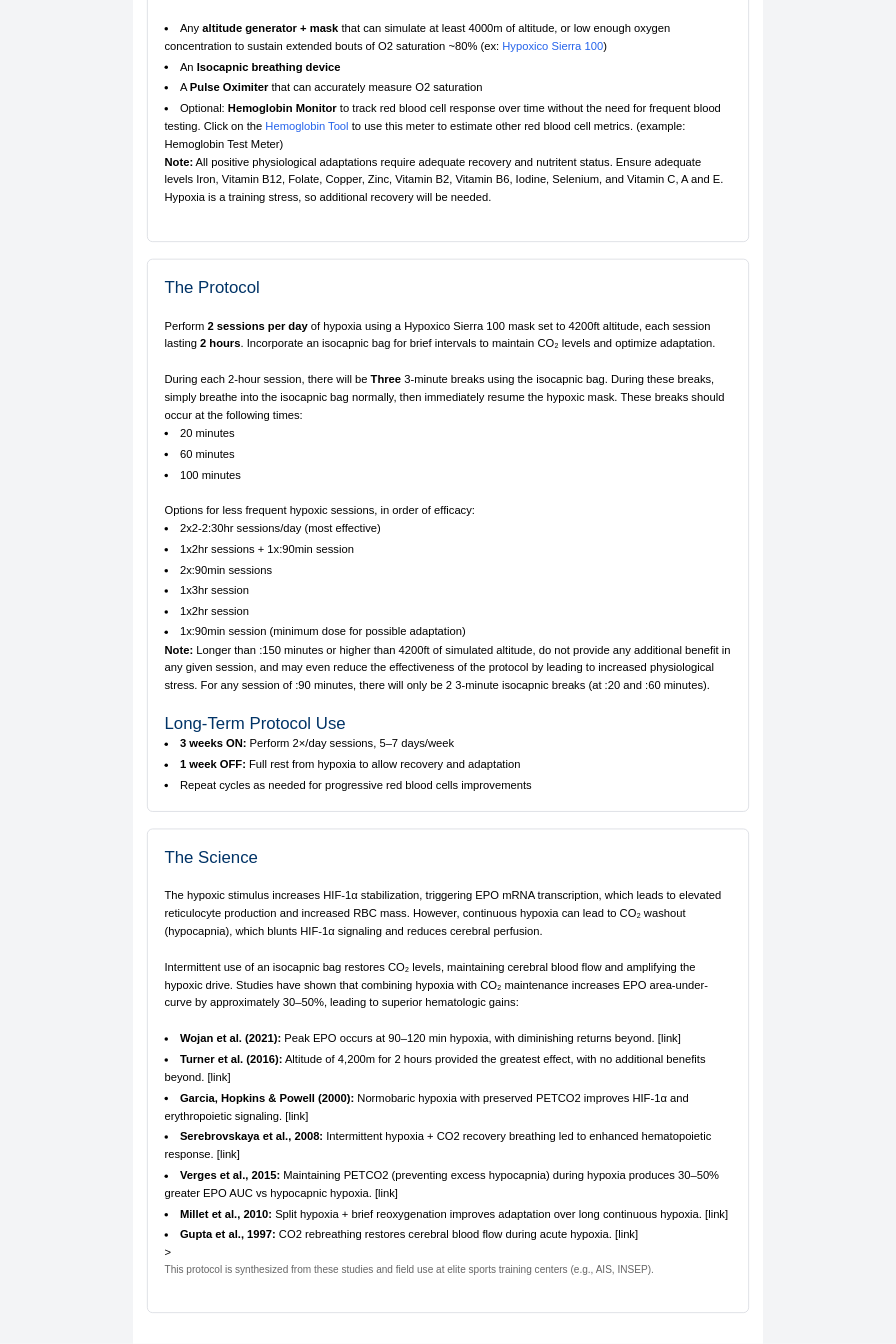
Repository: austenhughes1/hemoglobin_rbc_metrics
Page: hypoxia_protocol.html
An editor plug-in stored every save of this project. The page is shown before and after the next save, followed by the edit.
The browser window is 1280 px wide. The pictures show the part of the page from y = 924 to 2844 px (the page is 2844 px tall), at 70% of full size.
Some web libraries are served in a nearby version.

Above is the page before, as saved 2025-06-26 15:53:26.

### hypoxia_protocol.html
<!DOCTYPE html>
<html lang="en">
<head>
  <meta charset="UTF-8" />
  <meta name="viewport" content="width=device-width, initial-scale=1.0"/>
  <title>Hemocalc PRO Hypoxia + Isocapnic Bag Protocol</title>
  <script src="https://cdn.tailwindcss.com"></script>
  <style>
    /* Typography & layout for the content area */
    .content {
      font-family: Arial, sans-serif;
      line-height: 1.6;
      padding: 20px;
      max-width: 900px;
      margin: auto;
      background: white;
    }
    h1, h2, h3 { color: #003366; }
    h1 { border-bottom: 2px solid #003366; padding-bottom: 5px; }
    .citation { font-size: 0.9em; color: #666; }
  </style>
</head>
<body class="bg-gray-100 min-h-screen">

  <!-- Full‐width sticky header -->
  <header class="sticky top-0 z-20 bg-gray-100 shadow-sm w-full">
    <nav class="flex justify-start space-x-2 px-4 py-3">
      <a
        href="index.html"
        class="px-4 py-2 border border-b-0 rounded-t bg-gray-100 text-gray-900 font-medium whitespace-nowrap"
      >
        Hemoglobin Tool
      </a>
      <a
        href="hypoxia_protocol.html"
        class="px-4 py-2 border border-b-0 rounded-t bg-white text-gray-600 hover:bg-gray-200 whitespace-nowrap"
      >
        Hypoxia Protocol
      </a>
    </nav>
  </header>

  <!-- Main content container -->
  <div class="content">
    <h1 class="text-4xl font-bold mb-4">Hypoxia Protocol for Increased Endurance and/or Altitude Adaptation</h1>

    <section class="border border-gray-300 rounded-lg p-6 mb-6 bg-white">
        <h2 class="text-2xl">Why Use This Protocol?</h2>
        <br>
        <p>
        This protocol is designed for endurance athletes, high-altitude athletes, or any individuals aiming to increase their red blood cell (RBC) mass, improve oxygen transport, and improve endurance athletic performance without the use of WADA banned substances.
        </p>
        <br>
        <p>
        Classically, altitude training blocks or altitude exposures such as altitude tents have been a staple for endurance athletes to improve performance. However, these methods have their drawbacks; training at altitude reduces the quality of higher intensity sessions, and altitude tents can reduce sleep quality and recovery. This protocol can ben done in 2-4 hours per day, and can be done while peforming any daily activity that doesn't require you to move to many different rooms or locations (e.g., working at a computer, reading or watching television, etc).
        </p>
        <br>
        <p>
        This protocol can be used anywhere, at any time, once you have the equipment. It is designed to be used in conjunction with your normal training schedule, allowing you to maintain high-quality training while still reaping the benefits of altitude exposure. Even when used while living and/or training at altitude, this protocol will provide benefits above and beyond what can be achieved through altitude exposure alone.
        </p>
        <br>
        <p>By combining controlled hypoxia sessions with intermittent isocapnic breathing, this approach:</p>
        <br>
        <ul class="list-disc list-inside space-y-1">
            <li>Stimulates <strong>erythropoietin (EPO)</strong> production and reticulocyte response</li>
            <li>Enhances <strong>red blood cell mass</strong> for improved endurance</li>
            <li>Enhances <strong>iron</strong> utilization ceruloplasmin production </li>
            <li>Maintains <strong>cerebral perfusion</strong> and reduces central fatigue during hypoxia</li>
        </ul>
    </section>

    <section class="border border-gray-300 rounded-lg p-6 mb-6 bg-white">
        <h2 class="text-2xl">Equipment Needed</h2>
        <br>
        <ul class="list-disc list-inside space-y-1">
            <li>Any <strong>altitude generator + mask</strong> that can simulate at least 4000m of altitude, or low enough oxygen concentration to sustain extended bouts of O2 saturation ~80% (ex: <a class="text-blue-600 hover:underline" href="https://hypoxico.com/products/sierra-100" target="_blank">Hypoxico Sierra 100</a>)</li>
            <li>An <strong>Isocapnic breathing device</strong></li>
            <li>A <strong>Pulse Oximiter</strong> that can accurately measure O2 saturation</li>
            <li>Optional: <strong>Hemoglobin Monitor</strong> to track red blood cell response over time without the need for frequent blood testing. Click on the <a class="text-blue-600 hover:underline" href="https://www.hemocalc.pro/index.html">Hemoglobin Tool</a> to use this meter to estimate other red blood cell metrics. (example: <a href="https://amzn.to/4lqfsCO">Hemoglobin Test Meter</a>)</li>
        </ul>
        <p>
        <strong>Note:</strong> All positive physiological adaptations require adequate recovery and nutritent status. Ensure adequate levels Iron, Vitamin B12, Folate, Copper, Zinc, Vitamin B2, Vitamin B6, Iodine, Selenium, and Vitamin C, A and E. Hypoxia is a training stress, so additional recovery will be needed.
        </p>
        <br>
    </section>

    <section class="border border-gray-300 rounded-lg p-6 mb-6 bg-white">
        <h2 class="text-2xl">The Protocol</h2>
        <br>
        <p>
        Perform <strong>2 sessions per day</strong> of hypoxia using a Hypoxico Sierra 100 mask set to 4200ft altitude, each session lasting <strong>2 hours</strong>. Incorporate an isocapnic bag for brief intervals to maintain CO₂ levels and optimize adaptation.
        </p>
        <br>

        <p>
        During each 2-hour session, there will be <strong>Three</strong> 3-minute breaks using the isocapnic bag. During these breaks, simply breathe into the isocapnic bag normally, then immediately resume the hypoxic mask. These breaks should occur at the following times:
        <ul class="list-disc list-inside space-y-1">
            <li>20 minutes</li>
            <li>60 minutes</li>
            <li>100 minutes</li>
        </ul>
        </p>
        <br>

        <p>
        Options for less frequent hypoxic sessions, in order of efficacy:
        <ul class="list-disc list-inside space-y-1">
            <li>2x2-2:30hr sessions/day (most effective)</li>
            <li>1x2hr sessions + 1x:90min session</li>
            <li>2x:90min sessions</li>
            <li>1x3hr session</li>
            <li>1x2hr session</li>
            <li>1x:90min session (minimum dose for possible adaptation)</li>
        </ul>
        <strong>Note:</strong> Longer than :150 minutes or higher than 4200ft of simulated altitude, do not provide any additional benefit in any given session, and may even reduce the effectiveness of the protocol by leading to increased physiological stress. For any session of :90 minutes, there will only be 2 3-minute isocapnic breaks (at :20 and :60 minutes).
        </p>
        <br>

        <h2 class="text-2xl">Long-Term Protocol Use</h2>
        <ul class="list-disc list-inside space-y-1">
        <li><strong>3 weeks ON:</strong> Perform 2×/day sessions, 5–7 days/week</li>
        <li><strong>1 week OFF:</strong> Full rest from hypoxia to allow recovery and adaptation</li>
        <li>Repeat cycles as needed for progressive red blood cells improvements</li>
        </ul>
    </section>


    <section class="border border-gray-300 rounded-lg p-6 mb-6 bg-white">
        <h2 class="text-2xl">The Science </h2>
        <br>
        <p>
        The hypoxic stimulus increases HIF-1α stabilization, triggering EPO mRNA transcription, which leads to elevated reticulocyte production and increased RBC mass. However, continuous hypoxia can lead to CO₂ washout (hypocapnia), which blunts HIF-1α signaling and reduces cerebral perfusion.
        </p>
        <br>
        <p>
        Intermittent use of an isocapnic bag restores CO₂ levels, maintaining cerebral blood flow and amplifying the hypoxic drive. Studies have shown that combining hypoxia with CO₂ maintenance increases EPO area-under-curve by approximately 30–50%, leading to superior hematologic gains:
        </p>
        <br>
        <ul class="list-disc list-inside space-y-1">
            <li><strong>Wojan et al. (2021):</strong> Peak EPO occurs at 90–120 min hypoxia, with diminishing returns beyond. [<a href="https://digitalcommons.wku.edu/ijesab/vol2/iss13/14/" target="_blank">link</a>]</li>
            <li><strong>Turner et al. (2016):</strong> Altitude of 4,200m for 2 hours provided the greatest effect, with no additional benefits beyond. [<a href="chrome-extension://efaidnbmnnnibpcajpcglclefindmkaj/https://scispace.com/pdf/the-time-course-of-endogenous-erythropoietin-il-6-and-tnfa-ay76186dmp.pdf" target="_blank">link</a>]</li>
            <li><strong>Garcia, Hopkins & Powell (2000):</strong> Normobaric hypoxia with preserved PETCO2 improves HIF-1α and erythropoietic signaling. [<a href="https://pubmed.ncbi.nlm.nih.gov/10996186/" target="_blank">link</a>]</li>
            <li><strong>Serebrovskaya et al., 2008:</strong> Intermittent hypoxia + CO2 recovery breathing led to enhanced hematopoietic response. [<a href="https://pmc.ncbi.nlm.nih.gov/articles/PMC3186684/" target="_blank">link</a>]</li>
            <li><strong>Verges et al., 2015:</strong> Maintaining PETCO2 (preventing excess hypocapnia) during hypoxia produces 30–50% greater EPO AUC vs hypocapnic hypoxia. [<a href="https://www.frontiersin.org/journals/pediatrics/articles/10.3389/fped.2015.00058/full" target="_blank">link</a>]</li>
            <li><strong>Millet et al., 2010:</strong> Split hypoxia + brief reoxygenation improves adaptation over long continuous hypoxia. [<a href="https://pubmed.ncbi.nlm.nih.gov/20020784/" target="_blank">link</a>]</li>
            <li><strong>Gupta et al., 1997:</strong> CO2 rebreathing restores cerebral blood flow during acute hypoxia. [<a href="https://pubmed.ncbi.nlm.nih.gov/9142035/" target="_blank">link</a>]</li>
>
        </ul>

        <p class="citation">
        This protocol is synthesized from these studies and field use at elite sports training centers (e.g., AIS, INSEP).
        </p>
        <br>
    </section>
  </div>
</body>
</html>

After the next save:
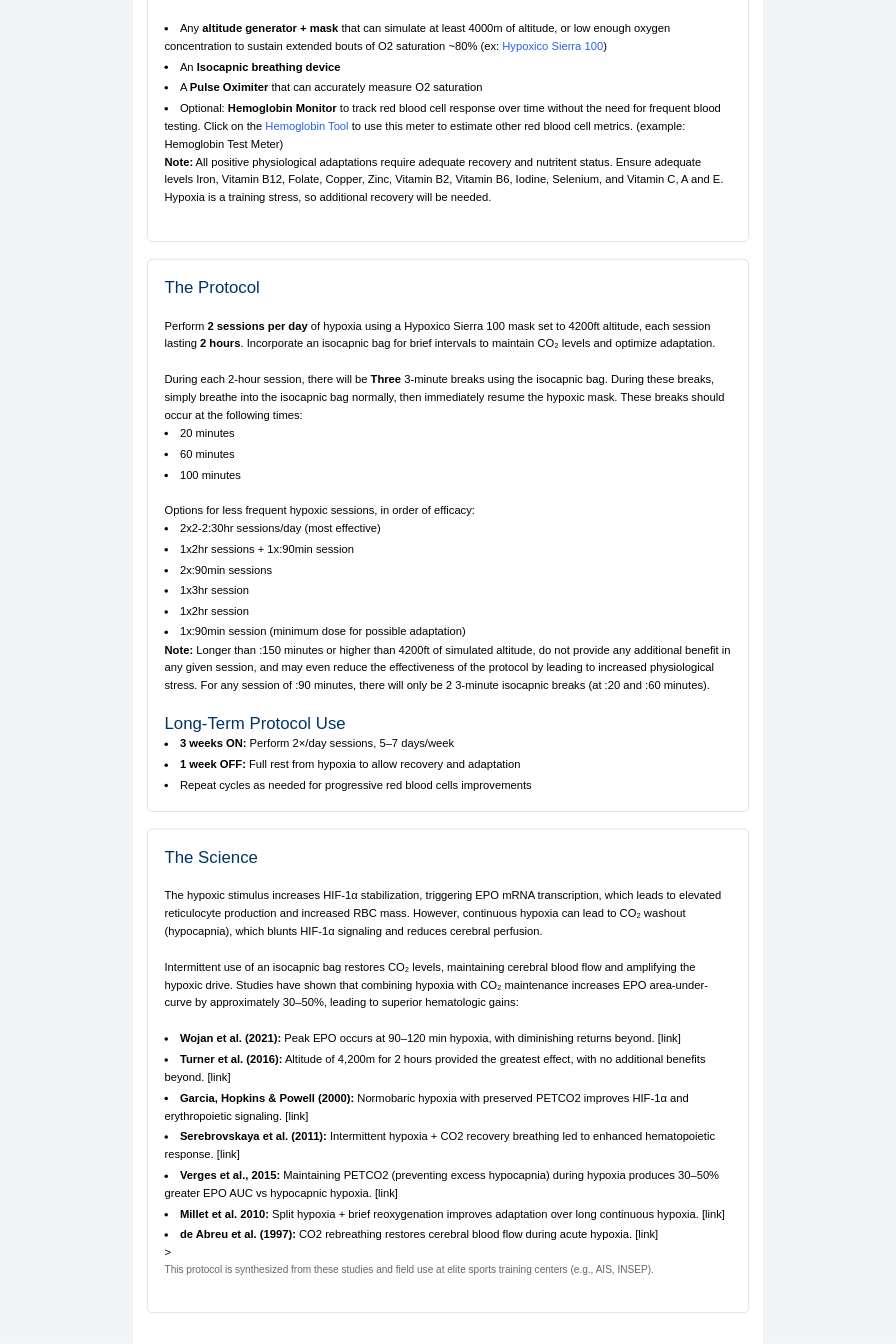
Saved 106 s later.
--- a/hypoxia_protocol.html
+++ b/hypoxia_protocol.html
@@ -140,10 +140,10 @@
             <li><strong>Wojan et al. (2021):</strong> Peak EPO occurs at 90–120 min hypoxia, with diminishing returns beyond. [<a href="https://digitalcommons.wku.edu/ijesab/vol2/iss13/14/" target="_blank">link</a>]</li>
             <li><strong>Turner et al. (2016):</strong> Altitude of 4,200m for 2 hours provided the greatest effect, with no additional benefits beyond. [<a href="chrome-extension://efaidnbmnnnibpcajpcglclefindmkaj/https://scispace.com/pdf/the-time-course-of-endogenous-erythropoietin-il-6-and-tnfa-ay76186dmp.pdf" target="_blank">link</a>]</li>
             <li><strong>Garcia, Hopkins & Powell (2000):</strong> Normobaric hypoxia with preserved PETCO2 improves HIF-1α and erythropoietic signaling. [<a href="https://pubmed.ncbi.nlm.nih.gov/10996186/" target="_blank">link</a>]</li>
-            <li><strong>Serebrovskaya et al., 2008:</strong> Intermittent hypoxia + CO2 recovery breathing led to enhanced hematopoietic response. [<a href="https://pmc.ncbi.nlm.nih.gov/articles/PMC3186684/" target="_blank">link</a>]</li>
+            <li><strong>Serebrovskaya et al. (2011):</strong> Intermittent hypoxia + CO2 recovery breathing led to enhanced hematopoietic response. [<a href="https://pmc.ncbi.nlm.nih.gov/articles/PMC3186684/" target="_blank">link</a>]</li>
             <li><strong>Verges et al., 2015:</strong> Maintaining PETCO2 (preventing excess hypocapnia) during hypoxia produces 30–50% greater EPO AUC vs hypocapnic hypoxia. [<a href="https://www.frontiersin.org/journals/pediatrics/articles/10.3389/fped.2015.00058/full" target="_blank">link</a>]</li>
-            <li><strong>Millet et al., 2010:</strong> Split hypoxia + brief reoxygenation improves adaptation over long continuous hypoxia. [<a href="https://pubmed.ncbi.nlm.nih.gov/20020784/" target="_blank">link</a>]</li>
-            <li><strong>Gupta et al., 1997:</strong> CO2 rebreathing restores cerebral blood flow during acute hypoxia. [<a href="https://pubmed.ncbi.nlm.nih.gov/9142035/" target="_blank">link</a>]</li>
+            <li><strong>Millet et al. 2010:</strong> Split hypoxia + brief reoxygenation improves adaptation over long continuous hypoxia. [<a href="https://pubmed.ncbi.nlm.nih.gov/20020784/" target="_blank">link</a>]</li>
+            <li><strong>de Abreu et al. (1997):</strong> CO2 rebreathing restores cerebral blood flow during acute hypoxia. [<a href="https://pubmed.ncbi.nlm.nih.gov/9142035/" target="_blank">link</a>]</li>
 >
         </ul>
 
